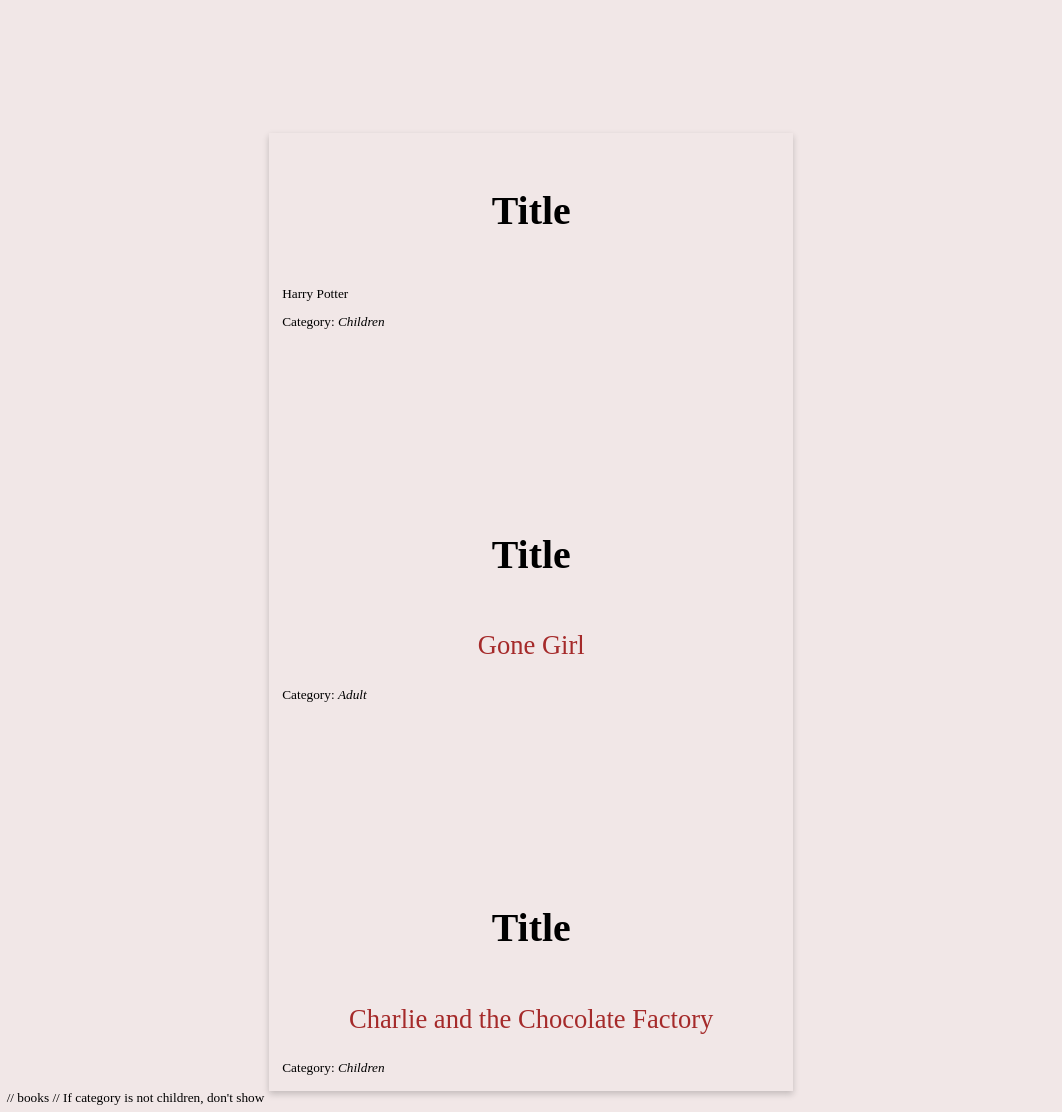
Repository: cyborgEneki/archangel-code-challenge
Page: index.html
These files come from the project's save history. The page is drawn as it stood at one moment and after the next save; the edit follows.
The browser window is 1280 px wide. The pictures show the whole page, at 83% of full size.
The style sheet was rebuilt from its Sass, Less or Tailwind sources for each picture, by a compiler version that may differ from the author's.

Above is the page before, as saved 2020-11-05 14:11:19.

### index.html
<!DOCTYPE html>
<html lang="en">

<head>
    <link rel="stylesheet" href="assets/css/styles.css">
</head>

<body>
    <div id="main"></div>
    <script src="bower_components/handlebars/handlebars.min.js"></script>
    <script src="bower_components/jquery/dist/jquery.min.js"></script>
    <script type="text/x-handlebars-template" id="template-script">
            <div class="card">
                <div class="card__container">
                    <h4 class="card__heading"><b>Title</b></h4>
                    <p class="card__title-text">Harry Potter</p>
                    <p class="card__category-text">Category: <i>Children</i></p>
                </div>
                <div class="card__container">
                    <h4 class="card__heading"><b>Title</b></h4>
                    <p class="card__text">Gone Girl</p>
                    <p class="card__category-text">Category: <i>Adult</i></p>
                </div>
                <div class="card__container">
                    <h4 class="card__heading"><b>Title</b></h4>
                    <p class="card__text">Charlie and the Chocolate Factory</p>
                    <p class="card__category-text">Category: <i>Children</i></p>
                </div>
            </div>
    </script>
    <script src="assets/js/books.js"></script>
    <script src="assets/js/index.js"></script>
</body>
</html>


                    <!-- <p class="card__text">{{compareEquality a b real makeBelieve}}!</p> -->

    // books
    // If category is not children, don't show

### assets/js/index.js
$(function () {
    Handlebars.registerHelper("compareEquality", function (a, b, real, makeBelieve) {
        if (a == b) {
            return real;
        } else {
            return makeBelieve;
        };
    });
    let template = $('#template-script').html(),
        compiled = Handlebars.compile(template),
        rendered = compiled({
            a: 1,
            b: 1,
            real: 'an oblate spheroid',
            makeBelieve: 'flat'
        });
    $('#main').html(rendered);
});

### scss/styles.scss
$peach: #f1e7e7;

body {
    background-color: $peach;
}

.card {
    box-shadow: 0 4px 8px 0 rgba(0, 0, 0, 0.2);
    transition: 0.3s;
    width: 50%;
    margin: 0 auto;

    &__container {
        padding: 2px 16px;
        margin-top: 10rem;
    }

    &__heading {
        font-size: 3rem;
        text-align: center;
    }

    &__text {
        text-align: center;
        font-size: 2rem;
        color: brown;
    }
}

Loaded but not shown: bower_components/handlebars/handlebars.min.js (library); bower_components/jquery/dist/jquery.min.js (library); assets/js/books.js (no stored copy; drawn as an empty file)

After the next save:
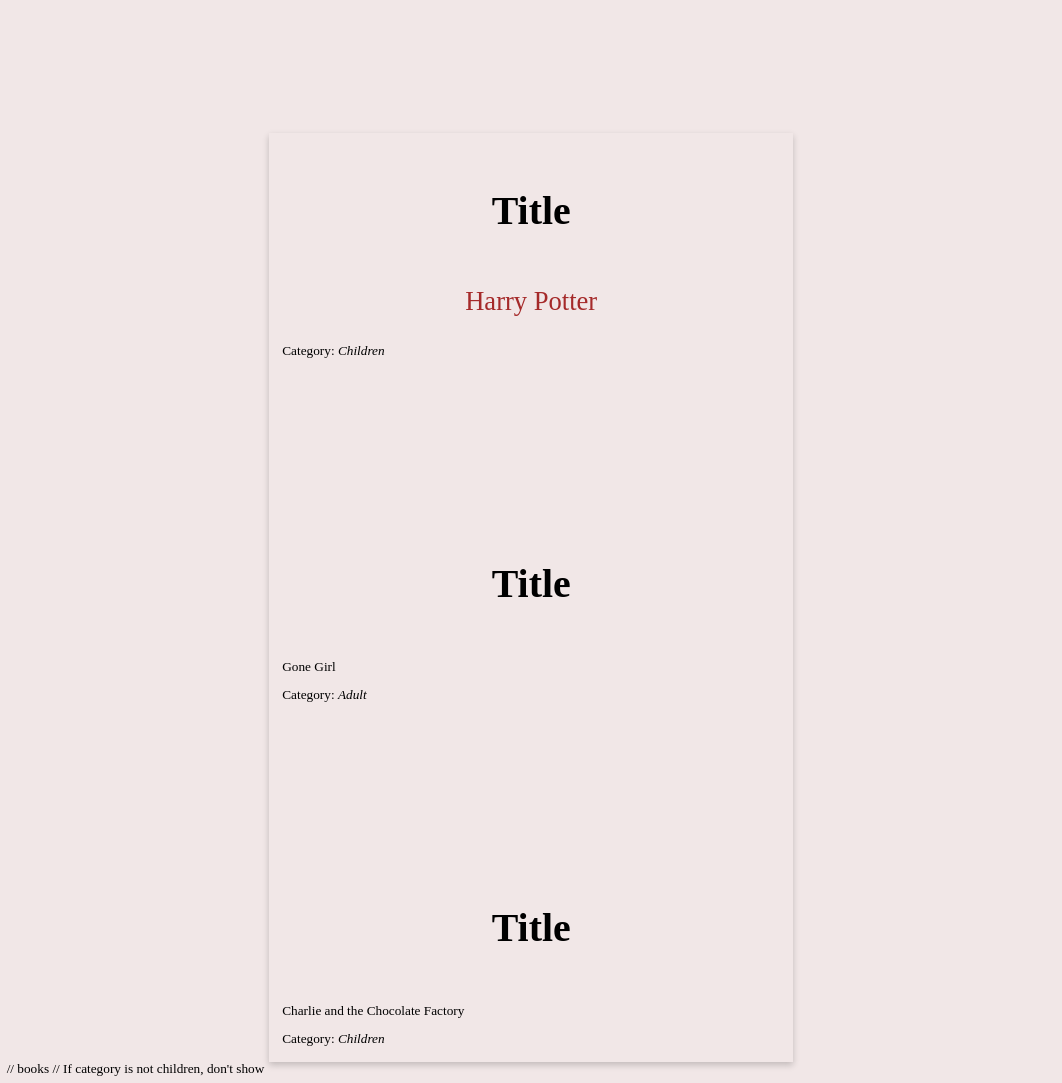
Saved 15 s later.
--- a/scss/styles.scss
+++ b/scss/styles.scss
@@ -20,7 +20,7 @@
         text-align: center;
     }
 
-    &__text {
+    &__title-text {
         text-align: center;
         font-size: 2rem;
         color: brown;
